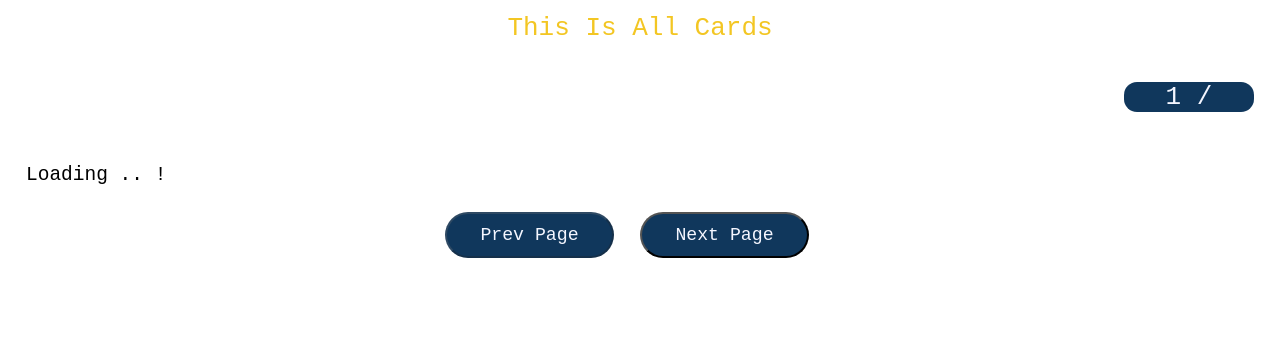
Repository: rehamtaher10/reactQueryTask
Page: /
The author's editor kept a copy of each file at every save. The page is drawn from the files as they stood at one save, then again after a run of saves.
The browser window is 1280 px wide. The pictures show the whole page.
The page's requests for data from a server got no answer. The project was rebuilt for these pictures with package versions that can differ from the ones it lists, and the page was loaded fresh each time. No one was signed in, and anything a server would have sent is missing. Also part of the build but not shown: vite.config.js.

Above is the page before, as saved 2024-12-07 20:31:31.

After the next 2 saves:
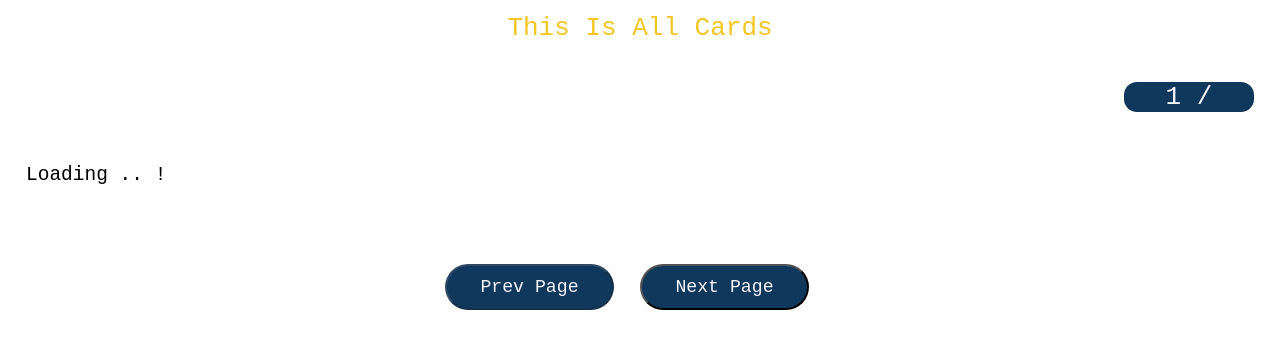
The 2 saves are shown as one change because they came seconds apart.
The last was saved 17 s later.
--- a/src/style/app.css
+++ b/src/style/app.css
@@ -63,7 +63,7 @@ h1{
     display: flex;
     align-items: center;
     justify-content: center;
-    margin-bottom: 4rem;
+    margin-block: 4rem;
 
 }
 .buttons button{
